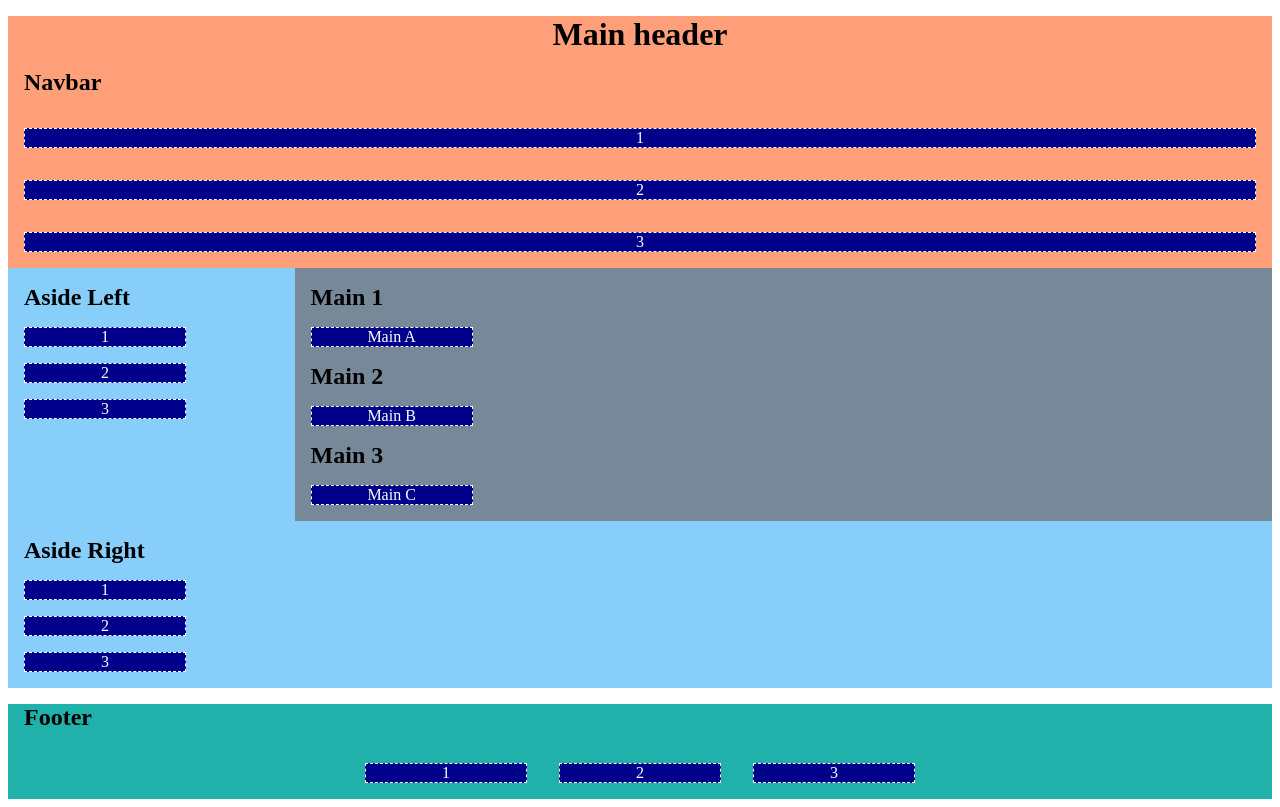
Repository: Colo-Codes/code-practice
Page: 02-css-practice-10-RWD.html
An editor plug-in stored every save of this project. The page is shown before and after the next save, followed by the edit.
The browser window is 1280 px wide. The pictures show the whole page.

Above is the page before, as saved 2021-06-07 08:56:14.

### 02-css-practice-10-RWD.html
<!DOCTYPE html>
<html lang="en">

<head>
    <meta charset="UTF-8">
    <meta http-equiv="X-UA-Compatible" content="IE=edge">
    <meta name="viewport" content="width=device-width, initial-scale=1.0">
    <title>Flexbox</title>
    <style>
        header {
            background-color: lightsalmon;
        }
        h1 {
            text-align: center;
        }
        aside {
            background-color: lightskyblue;
        }
        main {
            background-color: lightslategray;
            width: 70%;
        }
        footer {
            background-color: lightseagreen;
        }
        .div-box {
            width: 10rem;
            display: block;
            background-color: darkblue;
            color: white;
            text-align: center;
            border: 1px dashed white;
            margin: 1rem;
        }
        h1, h2 {
            margin: 1rem;
        }

        /* Flexboxes */
        #flex-container-nav {
            display: flex;
            flex-wrap: wrap;
        }
        .nav-boxes {
            flex: 1 1 50rem; /* grow shrink basis */
        }

        #flex-container-aside-main-aside {
            display: flex;
            flex-wrap: wrap;
        }
        #flex-container-aside-main-aside * {
            flex: auto;
        }
        #aside-right {
            order: 3;
        }

        #flex-container-footer {
            display: flex;
            justify-content: center;
            flex-wrap: wrap;
        }


    </style>
</head>

<body>
    <header>
        <h1>Main header</h1>
        <nav>
            <h2>Navbar</h2>
            <div id="flex-container-nav">
                <div class="nav-boxes div-box">1</div>
                <div class="nav-boxes div-box">2</div>
                <div class="nav-boxes div-box">3</div>
            </div>
        </nav>
    </header>
    <div id="flex-container-aside-main-aside">
        <aside id="aside-left">
            <h2>Aside Left</h2>
            <div class="aside-boxes div-box">1</div>
            <div class="aside-boxes div-box">2</div>
            <div class="aside-boxes div-box">3</div>
        </aside>
        <aside id="aside-right">
            <h2>Aside Right</h2>
            <div class="aside-boxes div-box">1</div>
            <div class="aside-boxes div-box">2</div>
            <div class="aside-boxes div-box">3</div>
        </aside>
        <main>
            <section>
                <h2>Main 1</h2>
                <div class="main-boxes div-box">Main A</div>
            </section>
            <section>
                <h2>Main 2</h2>
                <div class="main-boxes div-box">Main B</div>
            </section>
            <section>
                <h2>Main 3</h2>
                <div class="main-boxes div-box">Main C</div>
            </section>
        </main>
    </div>
    <footer>
        <h2>Footer</h2>
        <div id="flex-container-footer">
            <div class="footer-boxes div-box">1</div>
            <div class="footer-boxes div-box">2</div>
            <div class="footer-boxes div-box">3</div>
        </div>
    </footer>
</body>

</html>

After the next save:
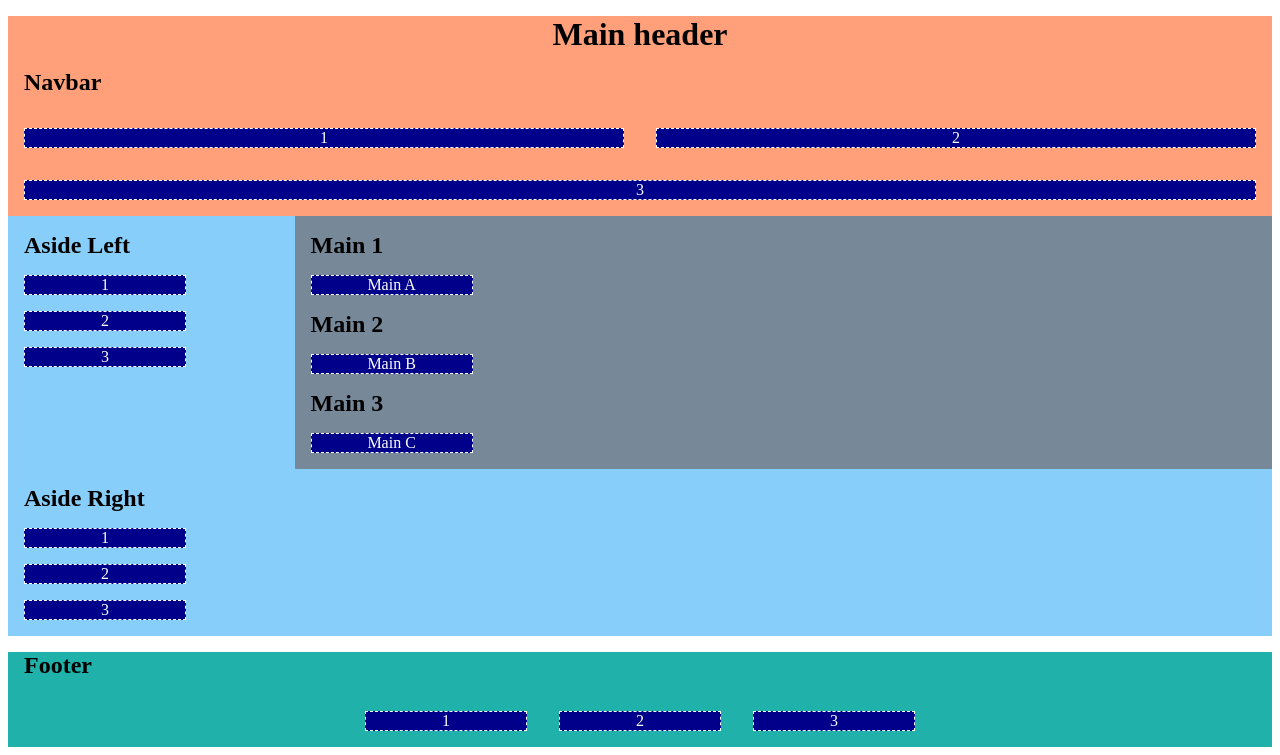
Saved 4 s later.
--- a/02-css-practice-10-RWD.html
+++ b/02-css-practice-10-RWD.html
@@ -42,7 +42,7 @@
             flex-wrap: wrap;
         }
         .nav-boxes {
-            flex: 1 1 50rem; /* grow shrink basis */
+            flex: 1 1 30rem; /* grow shrink basis */
         }
 
         #flex-container-aside-main-aside {
